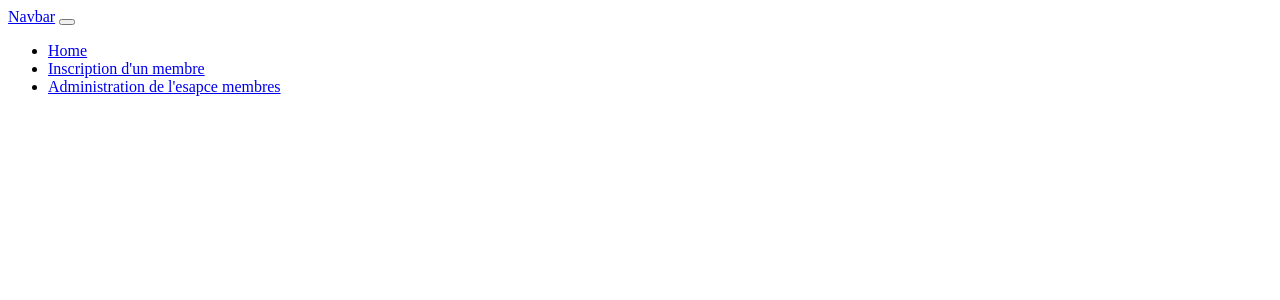
Repository: arione15/Ud-Mast_PHP_POO_espace_membre
Page: http://localhost/
An editor plug-in stored every save of this project. The page is shown before and after a run of saves, followed by the edit.
The browser window is 1280 px wide. The pictures show the whole page.
The page is run by PHP 8.4 with error messages shown; the project is at /var/www/html/.

Above is the page before, as saved 2021-07-31 11:46:04.

After the next 2 saves:
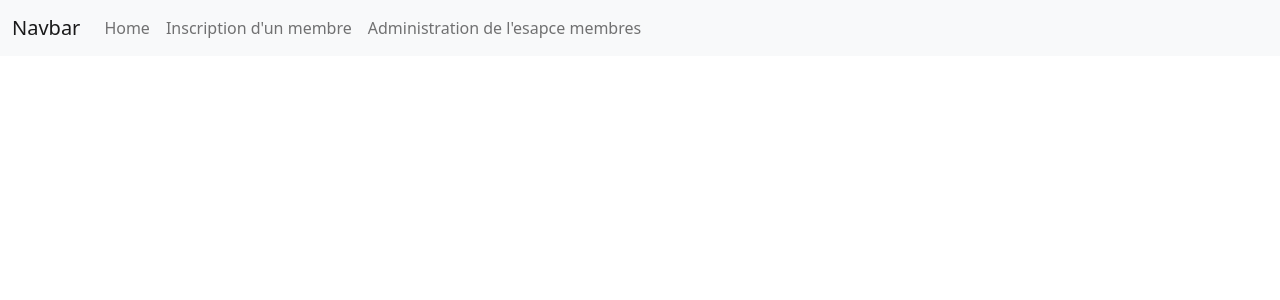
The 2 saves are shown as one change because they came seconds apart.
The last was saved 29 s later.
--- a/index.php
+++ b/index.php
@@ -5,6 +5,7 @@
     <meta charset="UTF-8">
     <meta http-equiv="X-UA-Compatible" content="IE=edge">
     <meta name="viewport" content="width=device-width, initial-scale=1.0">
+    <link href="https://cdn.jsdelivr.net/npm/bootstrap@5.0.2/dist/css/bootstrap.min.css" rel="stylesheet" integrity="sha384-EVSTQN3/azprG1Anm3QDgpJLIm9Nao0Yz1ztcQTwFspd3yD65VohhpuuCOmLASjC" crossorigin="anonymous">
     <title>Document</title>
 </head>
 
